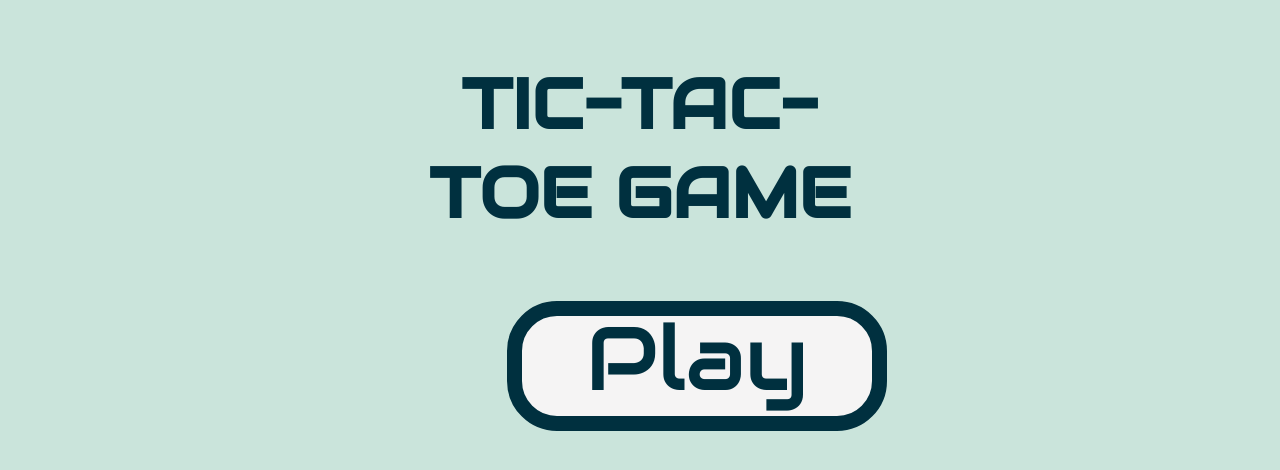
Repository: blackSky1213/tic-tac-toe
Page: index.html
These files come from the project's save history. The page is drawn as it stood at one moment and after the next save; the edit follows.
The browser window is 1280 px wide. The pictures show the whole page.

Above is the page before, as saved 2020-12-28 20:57:35.

### index.html
<!DOCTYPE html>
<html lang="en">

<head>
    <meta charset="UTF-8">
    <meta name="viewport" content="width=device-width, initial-scale=1.0">
    <title>Tic-Tac-Toe</title>
    <link rel="preconnect" href="https://fonts.gstatic.com">
    <link href="https://fonts.googleapis.com/css2?family=Audiowide&display=swap" rel="stylesheet">
    <link rel="stylesheet" href="styles/index.css">
</head>

<body>
    <h1 class="title">TIC-TAC-TOE GAME</h1>
    <div class="start"><spam class="play">Play</spam></div>
</body>

</html>

### styles/index.css
body{
    background-color:#cae4db;
}
.title{
    text-align:center;
    font-size:70px;
    margin:60px 30% auto 30%;
    font-family:'Audiowide', cursive;
    color:#00303f;
}
.start{
    background-color:#f5f4f4;
    width:350px;
    height:100px;
    margin:5% 30% auto 30%;
    position:relative;
    left:120px;
    border-radius: 50px;
    text-align: center;
    font-size: 90px;
    border:solid 15px #00303f;


}
.play{
    color:#00303f;
    font-family:'Audiowide', cursive;
    position: relative;
    bottom: 15px;;
}

After the next save:
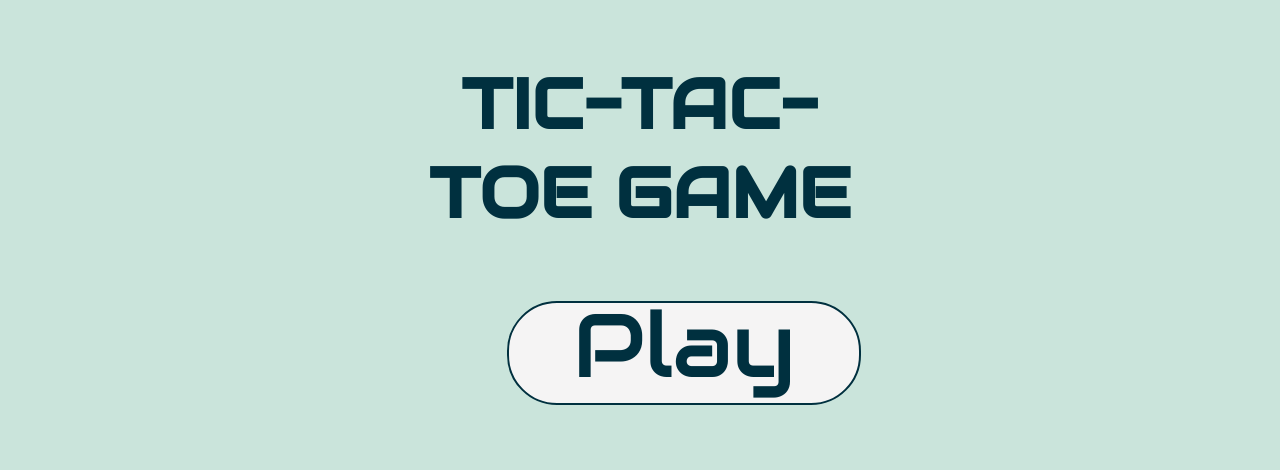
Saved 7 s later.
--- a/styles/index.css
+++ b/styles/index.css
@@ -18,7 +18,7 @@ body{
     border-radius: 50px;
     text-align: center;
     font-size: 90px;
-    border:solid 15px #00303f;
+    border:solid 2px #00303f;
 
 
 }
